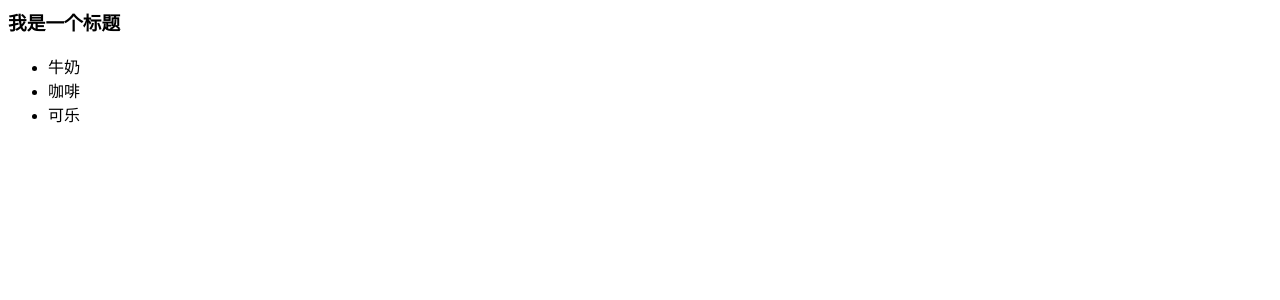
Repository: wanghuan19961020/Virtual-DOM-and-Diff-algorithms
Page: demo1.html
The author's editor kept a copy of each file at every save. The page is drawn from the files as they stood at one save, then again after the next save.
The browser window is 1280 px wide. The pictures show the whole page.

Above is the page before, as saved 2021-01-07 20:27:29.

### demo1.html
<div class="box">
  <h3>我是一个标题</h3>
  <ul>
    <li>牛奶</li>
    <li>咖啡</li>
    <li>可乐</li>
  </ul>
</div>

After the next save:
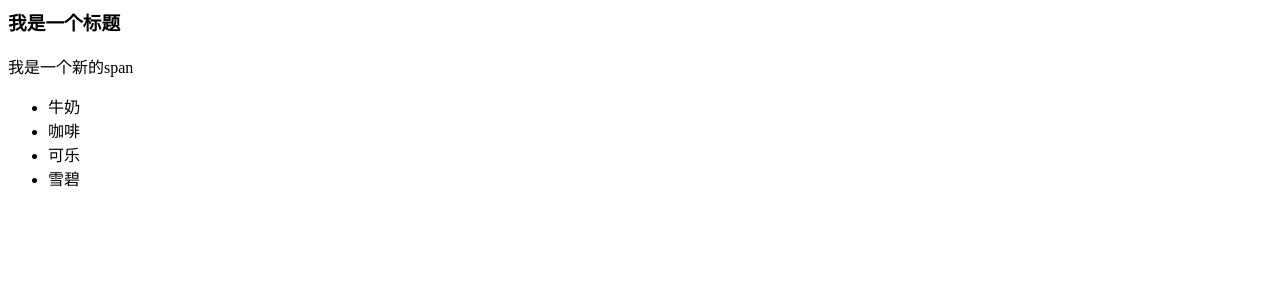
Saved 12 h 53 min later.
--- a/demo1.html
+++ b/demo1.html
@@ -1,8 +1,10 @@
 <div class="box">
   <h3>我是一个标题</h3>
+  <span>我是一个新的span</span>
   <ul>
     <li>牛奶</li>
     <li>咖啡</li>
     <li>可乐</li>
+    <li>雪碧</li>
   </ul>
 </div>
